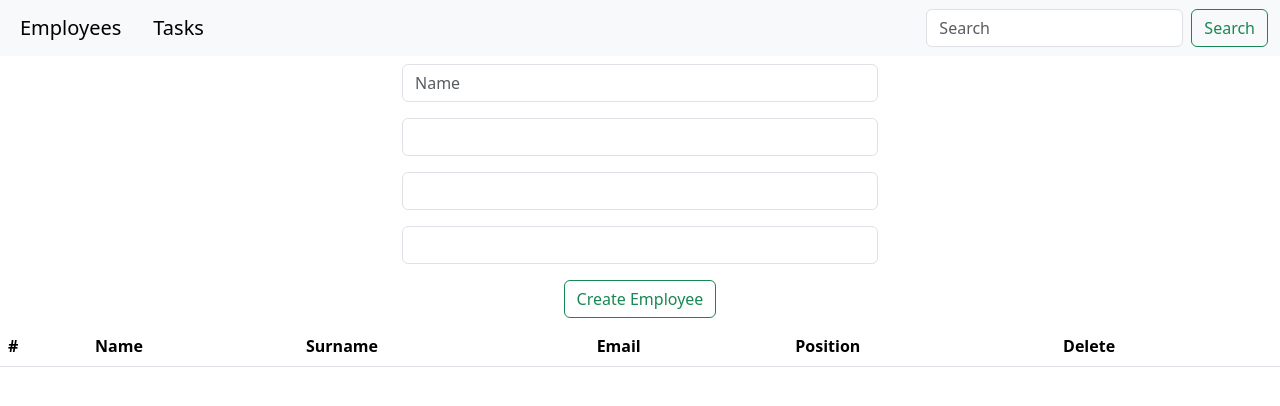
Repository: RaffiBarseghyan/employees
Page: /employees
The author's editor kept a copy of each file at every save. The page is drawn from the files as they stood at one save, then again after a run of saves.
The browser window is 1280 px wide. The pictures show the whole page.
The page's requests for data from a server got no answer. The project was rebuilt for these pictures with package versions that can differ from the ones it lists, and the page was loaded fresh each time. No one was signed in, and anything a server would have sent is missing. Also part of the build but not shown: src/App.css, src/Pages/UpDel/upDel.module.scss, src/Pages/UpDel/delete.jsx, src/Pages/Tasks/tasks.jsx.

Above is the page before, as saved 2023-06-15 01:14:00.

After the next 3 saves:
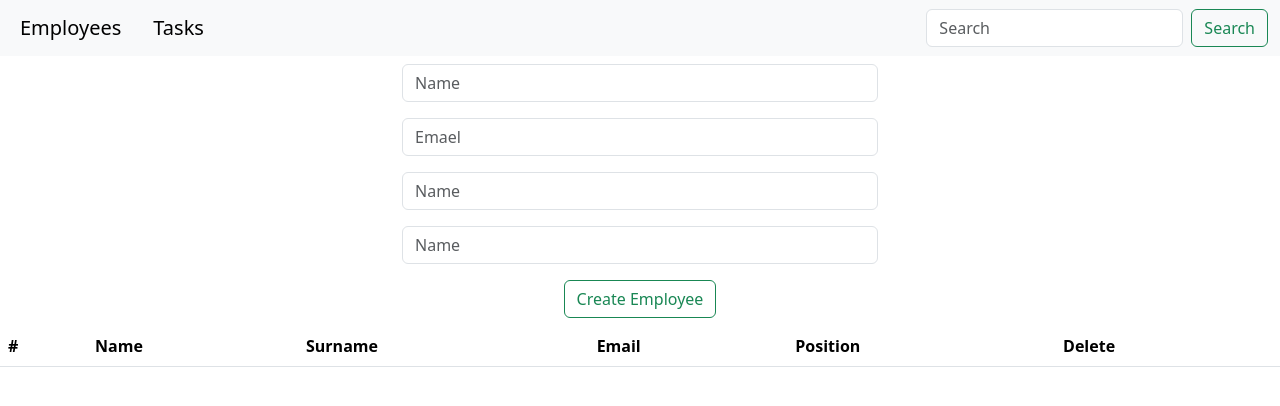
The 3 saves are shown as one change because they came seconds apart.
The last was saved 8 s later.
--- a/src/Pages/Employees/employees.jsx
+++ b/src/Pages/Employees/employees.jsx
@@ -20,9 +20,9 @@ function Employees() {
     <>
       <div className={`${style.employeeForm} container`}>
         <input className="form-control m-2" type="text" placeholder="Name"/>
-        <input className="form-control m-2" type="text" />
-        <input className="form-control m-2" type="email" />
-        <input className="form-control m-2" type="text" />
+        <input className="form-control m-2" type="text" placeholder="Emael"/>
+        <input className="form-control m-2" type="email" placeholder="Name"/>
+        <input className="form-control m-2" type="text" placeholder="Name"/>
         <button className="btn btn-outline-success m-2">Create Employee</button>
       </div>
 
